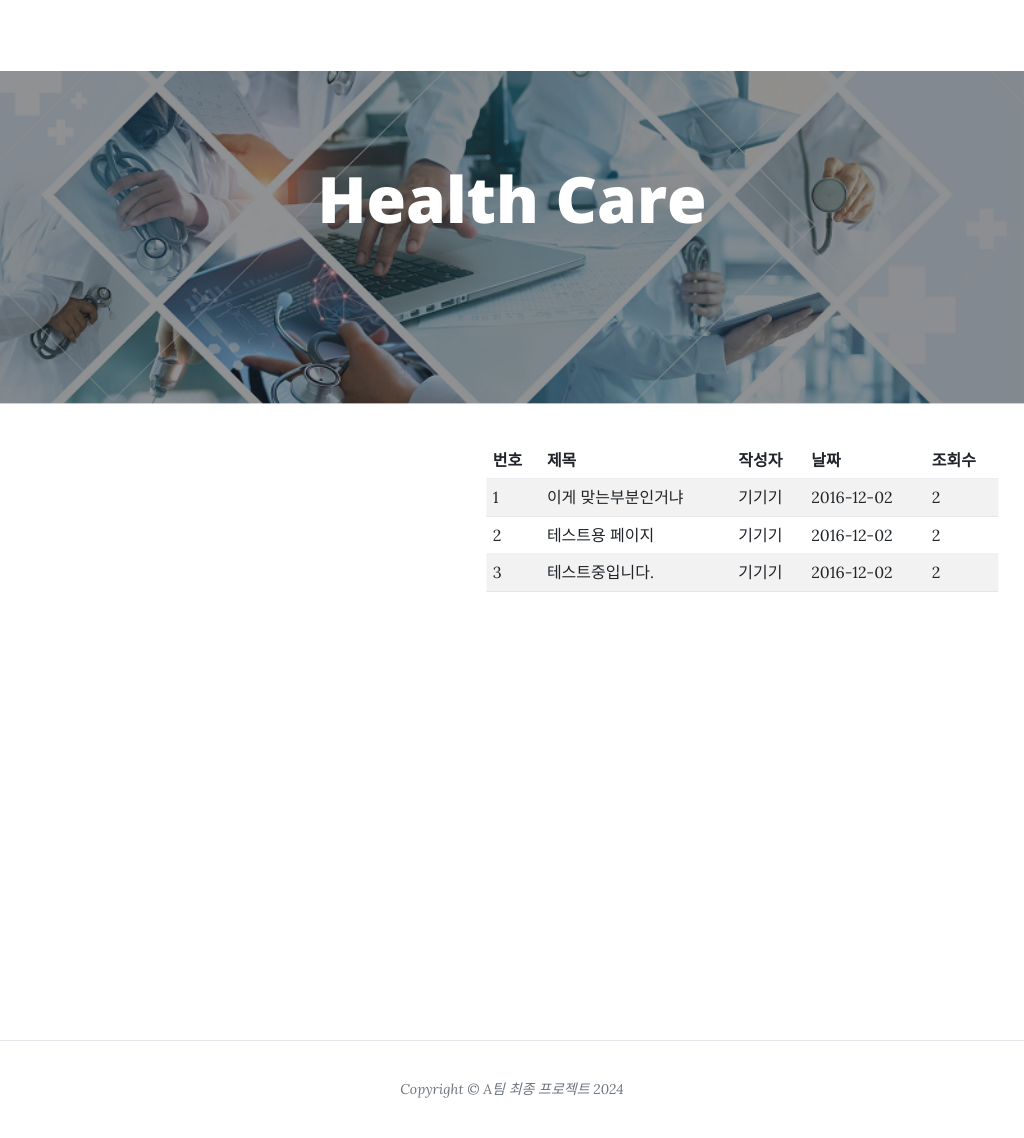
Repository: honsb91/project
Page: http://localhost/hospital/announcement/announcement.jsp
These files come from the project's save history. The page is drawn as it stood at one moment and after the next save; the edit follows.
The browser window is 1280 px wide. The pictures show the whole page, at 80% of full size.
Some web libraries are served in a nearby version. The page is served by Tomcat 9. Nobody is signed in. The application's start-up code is not run.

Above is the page before, as saved 2024-01-31 01:26:42.

After the next save:
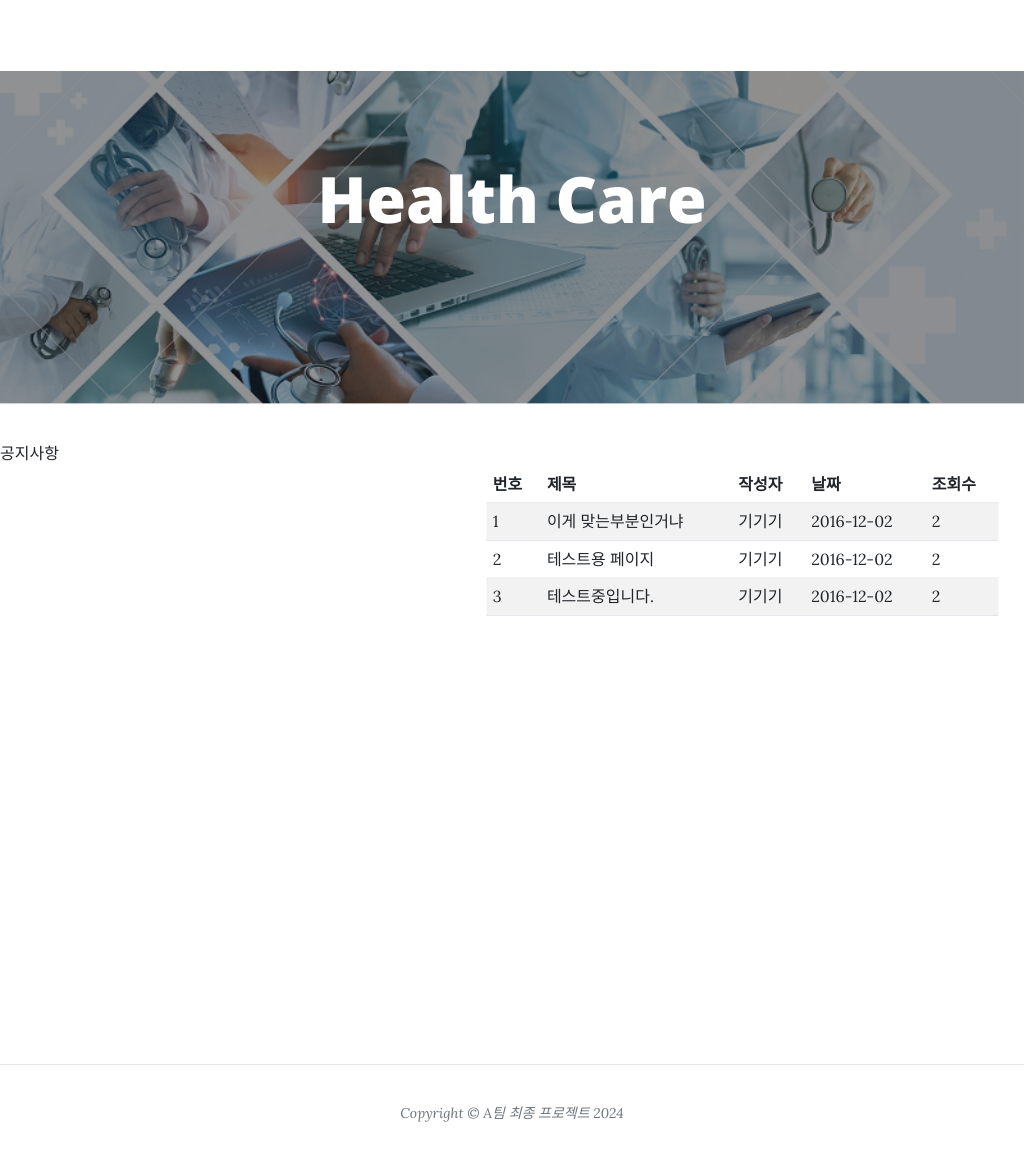
Saved 5 min 20 s later.
--- a/hospital/src/main/webapp/announcement/announcement.jsp
+++ b/hospital/src/main/webapp/announcement/announcement.jsp
@@ -8,6 +8,7 @@
 </head>
 <%@ include file="/include/header.jsp"%>
 <body>
+<div class="announcement-header">공지사항</div>
 	<table class="table table-striped">
 		<thead>
 			<tr>
